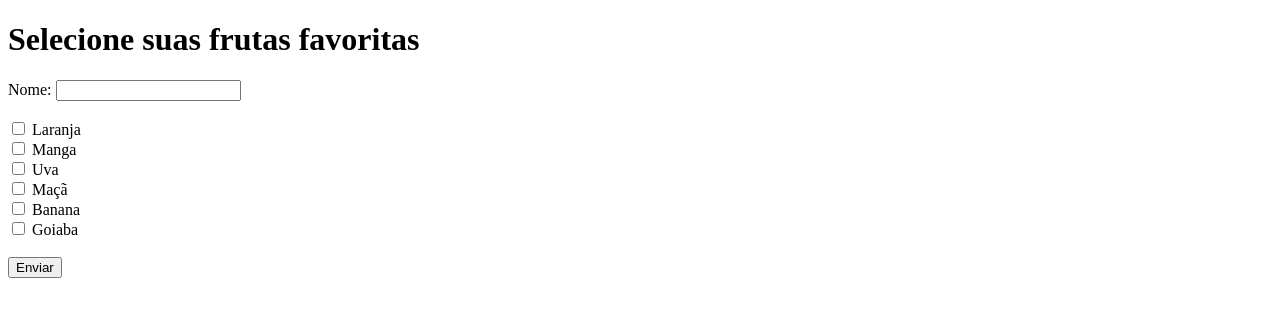
Repository: DavidsonWasserman/WebII_task
Page: Projeto_Fruta/src/main/webapp/index.html
An editor plug-in stored every save of this project. The page is shown before and after the next save, followed by the edit.
The browser window is 1280 px wide. The pictures show the whole page.

Above is the page before, as saved 2025-09-28 19:30:31.

### Projeto_Fruta/src/main/webapp/index.html
<!DOCTYPE html>
<html>
<head>
<meta charset="UTF-8">
<title>Frutas</title>
</head>
<body>

<h1>Selecione suas frutas favoritas</h1>
    <form action="FrutaServlet" method="post">
        Nome: <input type="text" name="nome"><br><br>

        <label><input type="checkbox" name="frutas" value="1"> Laranja</label><br>
        <label><input type="checkbox" name="frutas" value="2"> Manga</label><br>
        <label><input type="checkbox" name="frutas" value="3"> Uva</label><br>
        <label><input type="checkbox" name="frutas" value="4"> Maçã</label><br>
        <label><input type="checkbox" name="frutas" value="5"> Banana</label><br>
        <label><input type="checkbox" name="frutas" value="6"> Goiaba</label><br>

        <br><input type="submit" value="Enviar">

</body>
</html>

After the next save:
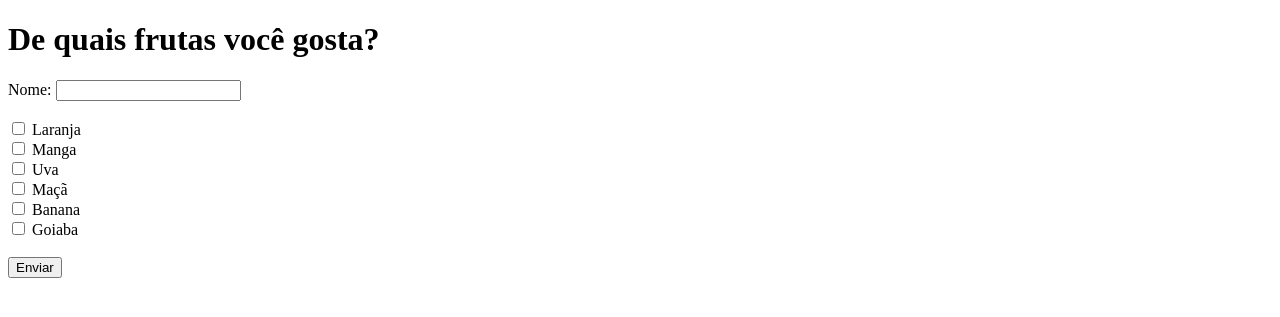
Saved 6 s later.
--- a/Projeto_Fruta/src/main/webapp/index.html
+++ b/Projeto_Fruta/src/main/webapp/index.html
@@ -6,7 +6,7 @@
 </head>
 <body>
 
-<h1>Selecione suas frutas favoritas</h1>
+<h1>De quais frutas você gosta?</h1>
     <form action="FrutaServlet" method="post">
         Nome: <input type="text" name="nome"><br><br>
 
